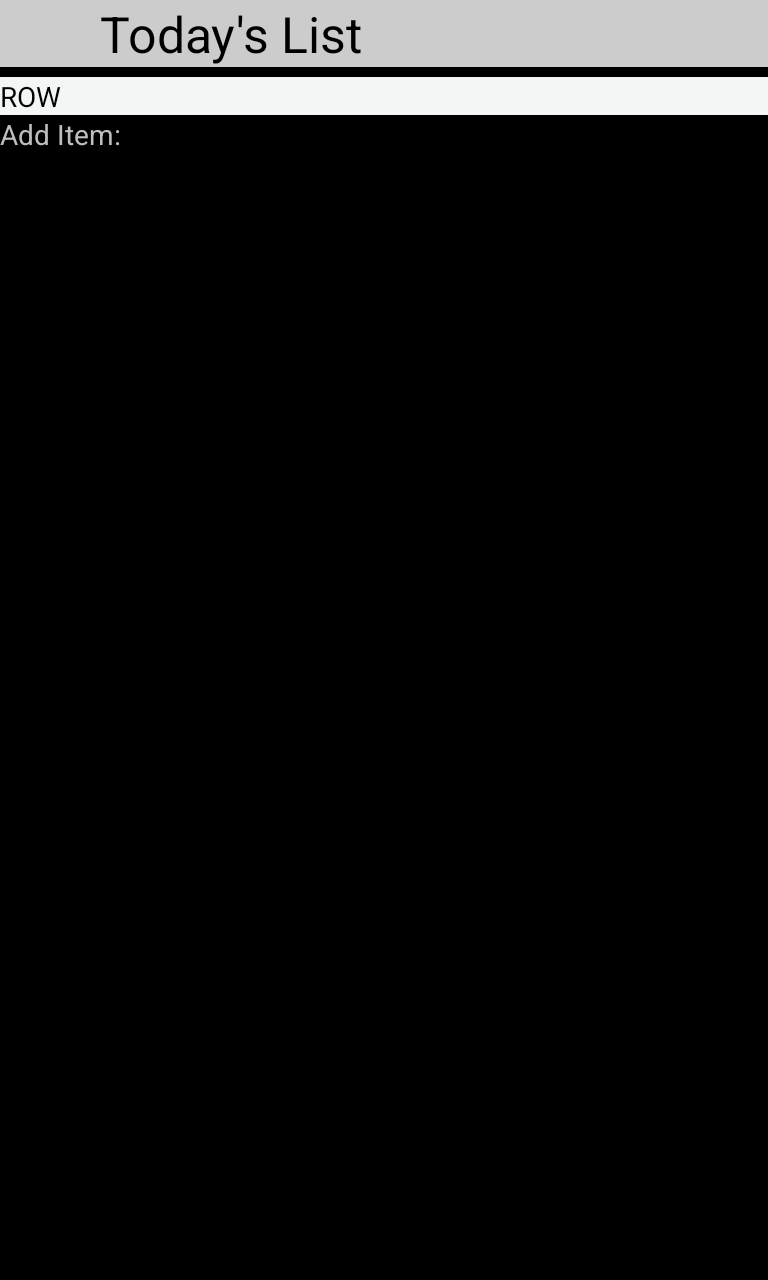
Repository: adatta02/comp194ma
Layout: hello_world/res/layout/main.xml
An editor plug-in stored every save of this project. The layout is shown before and after the next save, followed by the edit.
It is drawn on a 768 x 1280 px phone screen (xhdpi) without system bars, with theme android:Theme; the app's code is not run.

Above is the layout before, as saved 2009-02-03 05:26:01.

After the next save:
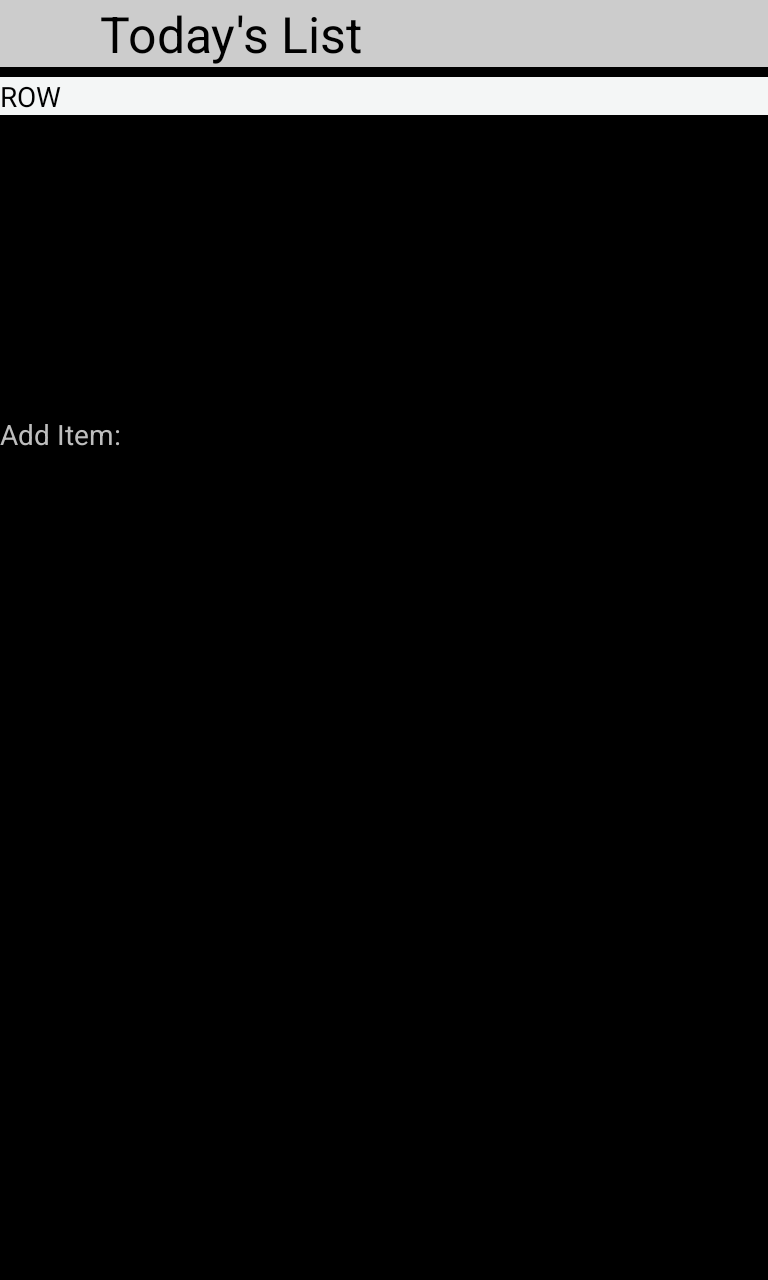
Saved 24 s later.
--- a/hello_world/res/layout/main.xml
+++ b/hello_world/res/layout/main.xml
@@ -8,7 +8,7 @@
 <TextView android:id="@+id/TextView01" android:layout_height="wrap_content" android:text="Today's List" android:textSize="25sp" android:background="#cccccc" android:textColor="#000000" android:paddingLeft="100px" android:layout_width="fill_parent"></TextView>
 
 <TableLayout android:id="@+id/TableLayout01" android:layout_width="fill_parent" android:layout_height="fill_parent" android:layout_marginTop="10px"><TableRow android:id="@+id/TableRow01" android:layout_height="fill_parent" android:layout_width="fill_parent" android:background="#F4F6F6"><TextView android:id="@+id/TextView02" android:text="ROW" android:layout_height="fill_parent" android:layout_width="fill_parent" android:textColor="#000000"></TextView>
-</TableRow><LinearLayout android:id="@+id/LinearLayout01" android:layout_width="wrap_content" android:layout_height="wrap_content"><TextView android:id="@+id/TextView03" android:layout_width="wrap_content" android:layout_height="wrap_content" android:text="Add Item:"></TextView>
+</TableRow><LinearLayout android:id="@+id/LinearLayout01" android:layout_width="wrap_content" android:layout_height="wrap_content" android:paddingTop="300px"><TextView android:id="@+id/TextView03" android:layout_width="wrap_content" android:layout_height="wrap_content" android:text="Add Item:"></TextView>
 </LinearLayout>
 </TableLayout>
 </LinearLayout>
